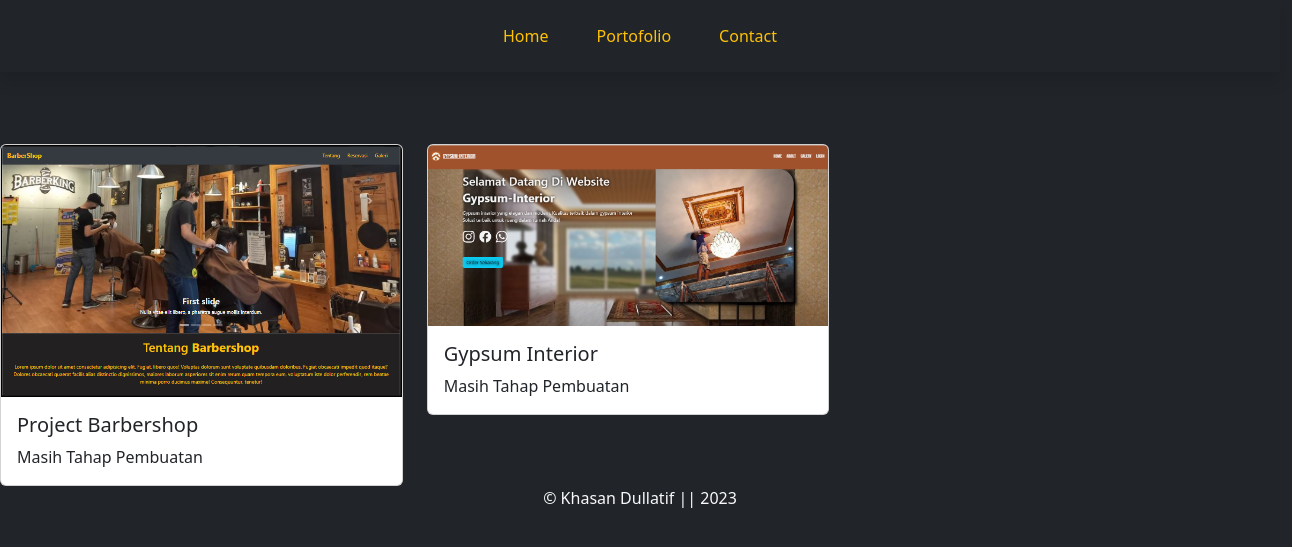
Repository: AHSANS354/Tugas-MSIB-5-GitHub
Page: tugas/tugas bootsrap/portofolio.html
An editor plug-in stored every save of this project. The page is shown before and after the next save, followed by the edit.
The browser window is 1280 px wide. The page is 1292 px wide, so the pictures cover 1292 px, including what lies to the right of the window. The pictures show the whole page.

Above is the page before, as saved 2023-09-19 17:38:23.

After the next save:
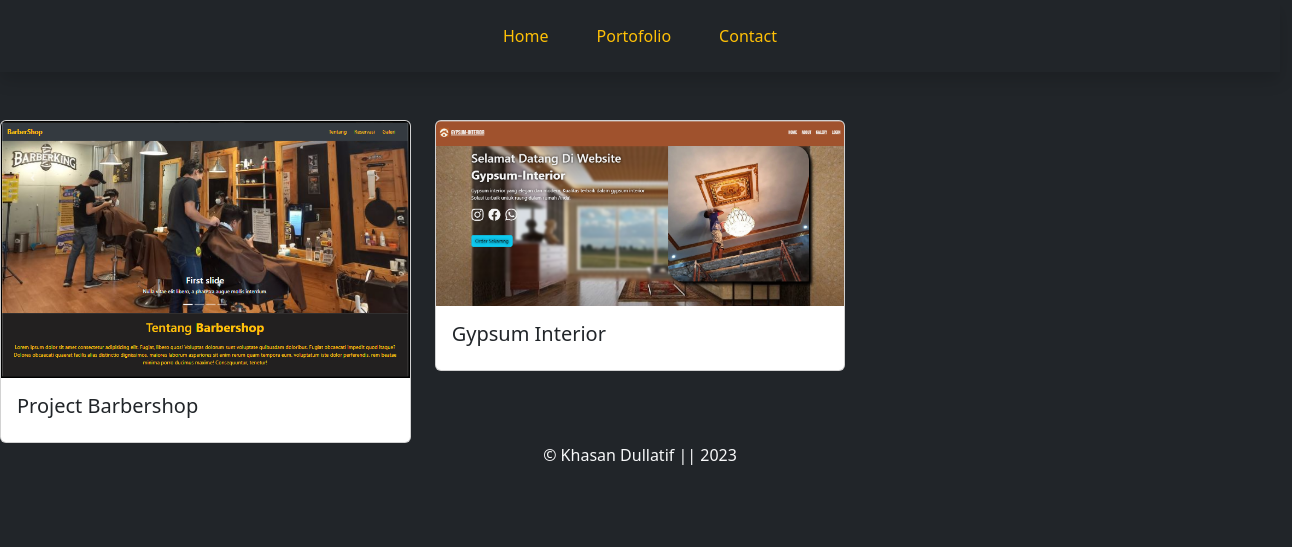
Saved 59 s later.
--- a/tugas/tugas bootsrap/portofolio.html
+++ b/tugas/tugas bootsrap/portofolio.html
@@ -21,24 +21,20 @@
           </li>
         </ul>
       </div>
-      <div class="row mt-5 pt-5">
-        <div class="row row-cols-1 row-cols-md-3 g-4">
-          <div class="col">
-            <div class="card">
-              <img src="images/barber.png" class="card-img-top" alt="..." />
-              <div class="card-body">
-                <h5 class="card-title">Project Barbershop</h5>
-                <p class="card-text">Masih Tahap Pembuatan</p>
-              </div>
+      <div class="row mt-5 pt-5 row-cols-1 row-cols-md-3 g-4">
+        <div class="col">
+          <div class="card">
+            <img src="images/barber.png" class="card-img-top" alt="..." />
+            <div class="card-body">
+              <h5 class="card-title">Project Barbershop</h5>
             </div>
           </div>
-          <div class="col">
-            <div class="card">
-              <img src="images/gipsum.png" class="card-img-top" alt="..." />
-              <div class="card-body">
-                <h5 class="card-title">Gypsum Interior</h5>
-                <p class="card-text">Masih Tahap Pembuatan</p>
-              </div>
+        </div>
+        <div class="col">
+          <div class="card">
+            <img src="images/gipsum.png" class="card-img-top" alt="..." />
+            <div class="card-body">
+              <h5 class="card-title">Gypsum Interior</h5>
             </div>
           </div>
         </div>
